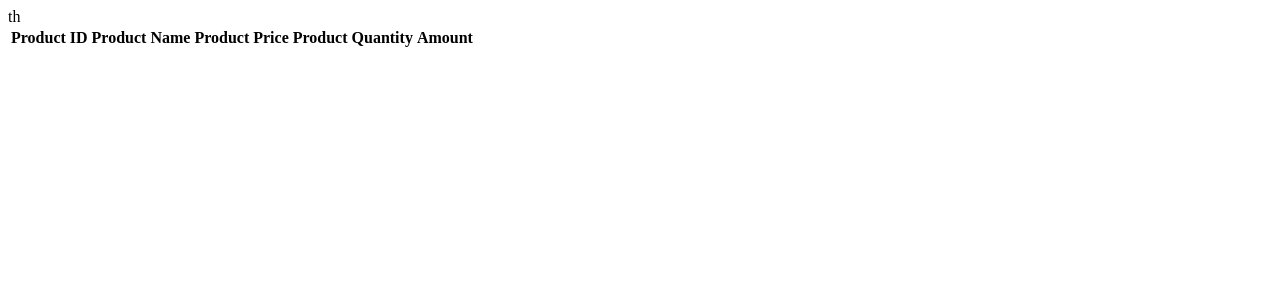
Repository: devgpta19/CDAC-Assignments
Page: http://localhost/ProductsAndUsersUsingJSPAndServlet/cart.jsp
The author's editor kept a copy of each file at every save. The page is drawn from the files as they stood at one save, then again after the next save.
The browser window is 1280 px wide. The pictures show the whole page.
The page is served by Tomcat 9. Other server files are loaded and not shown.

Above is the page before, as saved 2025-11-27 05:25:39.

### Adv.Java/Day6-8/ProductsAndUsersUsingJSPAndServlet/src/main/webapp/cart.jsp
<%@ page language="java" contentType="text/html; charset=ISO-8859-1"
	pageEncoding="ISO-8859-1"%>
<%@taglib prefix="c" uri="http://java.sun.com/jsp/jstl/core"%>

<!DOCTYPE html>
<html>
<head>
<meta charset="ISO-8859-1">
<title>Insert title here</title>
</head>
<body>
	<%
	double tamt = 0;
	%>
	<form action="showCart.jsp">
		<table>
			<tr>
				<th>Product ID</th>
				<th>Product Name</th>
				<th>Product Price</th>
				<th>Product Quantity</th>
				<th>Amount</th>
			</tr>
			<c:forEach var="set" items="${ResultSet}">
				<tr>
					<c:set var="amt" value="${set.qty}*${set.price}"></c:set>
					<c:set var="tamt" value="${tamt}+${amt}"></c:set>
					<td>${set.pid}</td>
					<td>${set.pname}</td>
					<td>${set.price}</td>
					<td>${set.qty}</td>
					<td>${amt}</td>
				</tr>
			</c:forEach>
			<tr>
			th
			</tr>
		</table>
	</form>


</body>
</html>

After the next save:
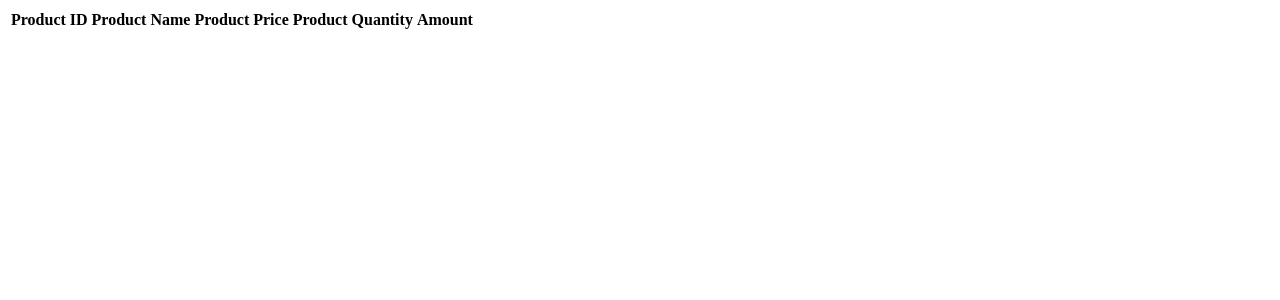
Saved 2 s later.
--- a/Adv.Java/Day6-8/ProductsAndUsersUsingJSPAndServlet/src/main/webapp/cart.jsp
+++ b/Adv.Java/Day6-8/ProductsAndUsersUsingJSPAndServlet/src/main/webapp/cart.jsp
@@ -33,7 +33,7 @@
 				</tr>
 			</c:forEach>
 			<tr>
-			th
+			<th>
 			</tr>
 		</table>
 	</form>
